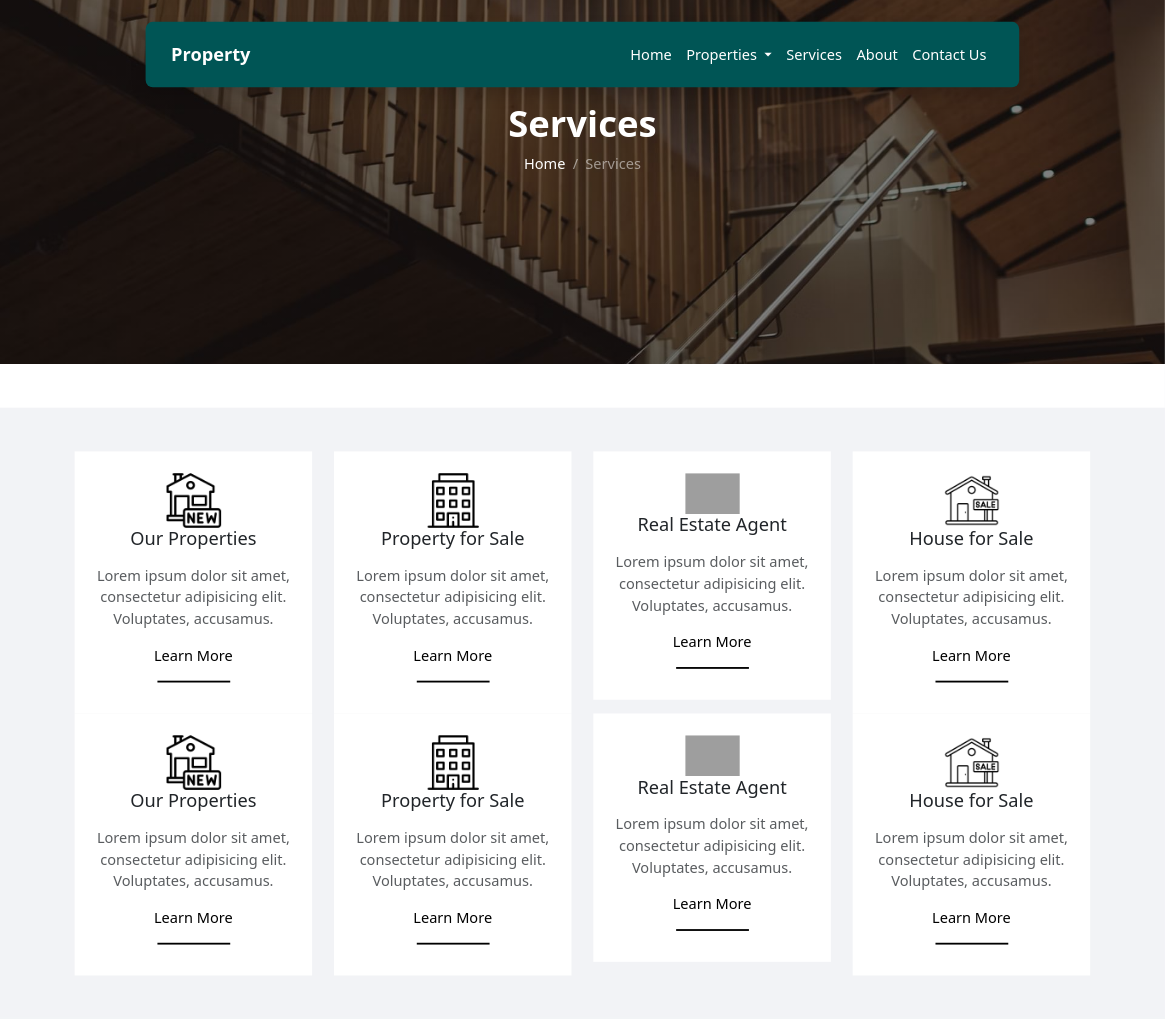
Repository: sameerrrrkhan911-git/Property
Page: service.html
An editor plug-in stored every save of this project. The page is shown before and after a run of saves, followed by the edit.
The browser window is 1280 px wide. The pictures show the whole page, at 91% of full size.
Pictures or frames that could not be fetched are drawn as grey boxes. Some web libraries are served in a nearby version.

Above is the page before, as saved 2025-09-28 16:24:16.

### service.html
<!doctype html>
<html lang="en">

<head>
    <meta charset="utf-8">
    <meta name="viewport" content="width=device-width, initial-scale=1">
    <title>Property</title>

    <!--====== LINKS ========-->
    <link href="https://cdn.jsdelivr.net/npm/bootstrap@5.3.8/dist/css/bootstrap.min.css" rel="stylesheet">
    <link
        href="https://fonts.googleapis.com/css2?family=Montserrat:wght@400;600&family=Open+Sans:wght@400;600&display=swap"
        rel="stylesheet">
    <link href="https://unpkg.com/aos@2.3.1/dist/aos.css" rel="stylesheet">
    <link href="https://cdn.jsdelivr.net/npm/remixicon@4.5.0/fonts/remixicon.css" rel="stylesheet">
    <link href="https://cdnjs.cloudflare.com/ajax/libs/tiny-slider/2.9.4/tiny-slider.css" rel="stylesheet">
    <link rel="stylesheet" href="assets/css/style2.css">
    <link rel="stylesheet" href="assets/css/style.css">

</head>

<body>

    <!--=====HEADER=====-->
    <header>
        <section class="mb-5" id="Right-Step">
        <div class="bg-holder overlay overlay-elixir">
        </div>

        <!-- Navbar -->
        <nav
            class="navbar navbar-expand-lg green-color p-3 mt-4 sticky-top position-absolute top-0 start-50 translate-middle-x w-75 rounded-3 shadow">
            <div class="container-fluid">
                <!-- Brand -->
                <a class="navbar-brand text-white fw-bold" href="#">Property</a>

                <!-- Toggler for Mobile -->
                <button class="navbar-toggler bg-light" type="button">
                    <span class="navbar-toggler-icon"></span>
                </button>

                <!-- Navbar Links -->
                <div class="collapse navbar-collapse" id="navbarNavDropdown">
                    <ul class="navbar-nav ms-auto">
                        <li class="nav-item">
                            <a class="nav-link text-white active" aria-current="page" href="#">Home</a>
                        </li>
                        <li class="nav-item dropdown">
                            <a class="nav-link dropdown-toggle text-white" href="#" role="button"
                                data-bs-toggle="dropdown" aria-expanded="false">
                                Properties
                            </a>
                            <ul class="dropdown-menu">
                                <li><a class="dropdown-item" href="#">Action</a></li>
                                <li><a class="dropdown-item" href="#">Another action</a></li>
                                <li><a class="dropdown-item" href="#">Something else here</a></li>
                            </ul>
                        </li>
                        <li class="nav-item"><a class="nav-link text-white" href="service.html">Services</a></li>
                        <li class="nav-item"><a class="nav-link text-white" href="about.html">About</a></li>
                        <li class="nav-item"><a class="nav-link text-white" href="contact.html">Contact Us</a></li>
                    </ul>
                </div>
            </div>
        </nav>

        <!--/.bg-holder-->
        <div class="forbg py-5">
            <div class="container">

                <div class="row justify-content-center align-items-center">
          <div class="col-lg-9 text-center mt-5">
            <h1 class="heading aos-init aos-animate white mt-3 fw-bold" data-aos="fade-up">Services</h1>

            <nav aria-label="breadcrumb" data-aos="fade-up" data-aos-delay="200" class="aos-init aos-animate">
              <ol class="breadcrumb text-center justify-content-center">
                <li class="breadcrumb-item"><a href="index.html" style="color: white;">Home</a></li>
                <li class="ms-2 me-2 text-white-50" aria-current="page">
                  /
                </li>
                <li class="breadcrumb-item active text-white-50" aria-current="page">
                  Services
                </li>
              </ol>
            </nav>
          </div>
        </div>
            </div>
        </div><!-- end of .container-->
    </section>
    </header>

    <!--=====MAIN=====-->
<main>

<!-- Features -->

    <section class="features-1 py-5">
      <div class="container">
        <div class="row g-4">

          <div class="col-6 col-lg-3">
            <div class="white-bg box-feature p-4 text-center">
              <img src="./assets/images/new-house.png" alt="Bed" width="60">
              <h3 class="mb-3 fs-5">Our Properties</h3>
              <p class="text-muted">
                Lorem ipsum dolor sit amet, consectetur adipisicing elit.
                Voluptates, accusamus.
              </p>
              <p><a href="#" class="learn-more text-decoration-none black">Learn More</a></p>
              <div class="black-line"></div>
            </div>
          </div>

          <div class="col-6 col-lg-3">
            <div class="white-bg box-feature p-4 text-center">
              <img src="./assets/images/building (1).png" alt="Bed" width="60">
              <h3 class="mb-3 fs-5">Property for Sale</h3>
              <p class="text-muted">
                Lorem ipsum dolor sit amet, consectetur adipisicing elit.
                Voluptates, accusamus.
              </p>
              <p><a href="#" class="learn-more text-decoration-none black">Learn More</a></p>
              <div class="black-line"></div>
            </div>
          </div>

          <div class="col-6 col-lg-3">
            <div class="white-bg box-feature p-4 text-center">
              <img src="./assets/images/real-estate-agent.png" alt="Bed" width="60">
              <h3 class="mb-3 fs-5">Real Estate Agent</h3>
              <p class="text-muted">
                Lorem ipsum dolor sit amet, consectetur adipisicing elit.
                Voluptates, accusamus.
              </p>
              <p><a href="#" class="learn-more text-decoration-none black">Learn More</a></p>
              <div class="black-line"></div>
            </div>
          </div>

          <div class="col-6 col-lg-3">
            <div class="white-bg box-feature p-4 text-center">
              <img src="./assets/images/house-for-sale.png" alt="Bed" width="60">
              <h3 class="mb-3 fs-5">House for Sale</h3>
              <p class="text-muted">
                Lorem ipsum dolor sit amet, consectetur adipisicing elit.
                Voluptates, accusamus.
              </p>
              <p><a href="#" class="learn-more text-decoration-none black">Learn More</a></p>
              <div class="black-line"></div>
            </div>
          </div>

        </div>
      </div>

      <div class="container">
        <div class="row g-4">

          <div class="col-6 col-lg-3">
            <div class="white-bg box-feature p-4 text-center">
              <img src="./assets/images/new-house.png" alt="Bed" width="60">
              <h3 class="mb-3 fs-5">Our Properties</h3>
              <p class="text-muted">
                Lorem ipsum dolor sit amet, consectetur adipisicing elit.
                Voluptates, accusamus.
              </p>
              <p><a href="#" class="learn-more text-decoration-none black">Learn More</a></p>
              <div class="black-line"></div>
            </div>
          </div>

          <div class="col-6 col-lg-3">
            <div class="white-bg box-feature p-4 text-center">
              <img src="./assets/images/building (1).png" alt="Bed" width="60">
              <h3 class="mb-3 fs-5">Property for Sale</h3>
              <p class="text-muted">
                Lorem ipsum dolor sit amet, consectetur adipisicing elit.
                Voluptates, accusamus.
              </p>
              <p><a href="#" class="learn-more text-decoration-none black">Learn More</a></p>
              <div class="black-line"></div>
            </div>
          </div>

          <div class="col-6 col-lg-3">
            <div class="white-bg box-feature p-4 text-center">
              <img src="./assets/images/real-estate-agent.png" alt="Bed" width="60">
              <h3 class="mb-3 fs-5">Real Estate Agent</h3>
              <p class="text-muted">
                Lorem ipsum dolor sit amet, consectetur adipisicing elit.
                Voluptates, accusamus.
              </p>
              <p><a href="#" class="learn-more text-decoration-none black">Learn More</a></p>
              <div class="black-line"></div>
            </div>
          </div>

          <div class="col-6 col-lg-3">
            <div class="white-bg box-feature p-4 text-center">
              <img src="./assets/images/house-for-sale.png" alt="Bed" width="60">
              <h3 class="mb-3 fs-5">House for Sale</h3>
              <p class="text-muted">
                Lorem ipsum dolor sit amet, consectetur adipisicing elit.
                Voluptates, accusamus.
              </p>
              <p><a href="#" class="learn-more text-decoration-none black">Learn More</a></p>
              <div class="black-line"></div>
            </div>
          </div>

        </div>
      </div>
    </section>

</main>

</body>

</html>

### assets/css/style.css
/* ==============================
   Root Variables
=================================*/
:root {
  --green-color: #005555;
   --heading-color: #2a3855;
}

.green-color {
  background-color: var(--green-color);
}

.green{
  color: var(--green-color);
}

.black{
  color: black;
}

.para{
  text-align: left;
}

.heading-color{
  color: var(--heading-color);
}

.z-9 {
  z-index: 9 !important;
}

.white {
  color: white;
}

.green-line{
   height: 2px;
  width: 120px;
 background-color: var(--green-color);
 margin-bottom: 10px;
}

.black-line{
   height: 2px;
  width: 80px;
 background-color: black;
 margin: 10px auto;
}

.white-bg{
  background-color: white;
}

.fs-6{
  font-size: 5px;
}

.marginn{
  margin-bottom: 30px;
}

.a{
  text-decoration: none;
}


.dark-grey{
  background-color: #cccccc;
}

.text-color{
  color: #909ba6;
}
/* ==============================
Header
=================================*/


/* Hero background */
.hero-header {
  background-image: url("../images/hero_bg_3.jpg") !important;
  background-repeat: no-repeat;
  background-position: center center;
  background-size: cover;
  min-height: 100vh;
  position: relative;
  display: flex;
  align-items: center;
}



/* Overlay */
.hero-header::before {
  content: "";
  position: absolute;
  top: 0;
  left: 0;
  width: 100%;
  height: 100%;
  background: rgba(0, 0, 0, 0.5);
  z-index: 0;
}

/* Keep hero text above overlay */
.hero {
  position: relative;
  z-index: 1;
}

/* White text */
.white {
  color: #fff !important;
}

/* Responsive adjustments */
@media (max-width: 768px) {
  nav.navbar {
    width: 90% !important;
    margin-top: 1rem !important;
    padding: 0.75rem 1rem !important;
  }

  .hero h1 {
    font-size: 1.75rem;
    line-height: 1.3;
  }

  .hero form {
    flex-direction: column !important;
    gap: 0.75rem;
  }

  .hero input {
    width: 100% !important;
  }

  .hero button {
    width: 100% !important;
  }
}

@media (max-width: 576px) {
  .hero h1 {
    font-size: 1.5rem;
  }
}

/* Popular properties */

.property-slider {
  overflow: hidden;
}

.property-item {
  background: #fff;
  border-radius: 8px;
  overflow: hidden;
}

.property-content {
  background: #fff;
  border-radius: 8px;
}

/* Features */

.features-1 {
    padding-top: 30px;
    position: relative;
    z-index: 8;
    text-align: center;
    background-color: rgba(0, 32, 74, 0.05);
}

/* ==========================
   Testimonials Section
========================== */

.sec-testimonials .heading {
  font-size: 2rem;
  font-weight: 700;
}

/* Prev/Next buttons */
#testimonial-nav {
  display: flex;
  gap: 10px;
}

#testimonial-nav span {
  cursor: pointer;
  font-size: 14px;
  color: #002855;
  background: #e9ecef;
  padding: 6px 14px;
  border-radius: 20px;
  transition: all 0.3s ease;
}

#testimonial-nav span:hover {
  background: #002855;
  color: #fff;
}

/* Testimonials layout */
.testimonial-slider {
  display: grid;
  grid-template-columns: repeat(auto-fit, minmax(300px, 1fr));
  gap: 40px;
  margin-top: 30px;
  text-align: center;
}

.testimonial {
  padding: 20px;
}

.testimonial img {
  width: 90px;
  height: 90px;
  object-fit: cover;
  margin-bottom: 15px;
  border: 3px solid #ddd;
}

.testimonial .rate {
  margin: 10px 0;
  font-size: 16px;
  color: #f1c40f;
}

.testimonial h3 {
  margin-bottom: 10px;
  font-size: 1.1rem;
  font-weight: 600;
}

.testimonial blockquote {
  font-style: italic;
  font-size: 0.95rem;
  color: #555;
  margin: 10px 0 15px;
}

.greyy{
  background-color: #efefef;
}

.testimonial p.text-muted {
  font-size: 0.85rem;
  color: #888;
}

.img-fluid {
   max-width: 100%;
    height: auto;
}

/* Call To Action */
.footer-cta {
  background: white ;
  padding: 50px;
}

.footer-cta .btn-primary {
  border-radius: 30px;
  font-size: 1.1rem;
  transition: all 0.3s ease;
}

.footer-cta .btn-primary:hover {
  background: #003f3f;
  transform: translateY(-3px);
  box-shadow: 0 6px 15px rgba(0,0,0,0.2);
}

/* Our Agents */
.section_1{
  background-color: #f8f9fa;
}

/* Agent Card */
.person {
  background: #fff;
  border-radius: 12px;
  padding: 60px 20px 30px;
  text-align: center;
  position: relative;
  box-shadow: 0 4px 20px rgba(0,0,0,0.05);
  transition: all 0.3s ease;
}

.person:hover {
  transform: translateY(-8px);
  box-shadow: 0 12px 30px rgba(0,0,0,0.1);
}

/* Profile Image */
.person img {
  width: 100px;
  height: 100px;
  object-fit: cover;
  border-radius: 50%;
  position: absolute;
  top: -50px;
  left: 50%;
  transform: translateX(-50%);
}

/* Text styling */
.person-contents h2 {
  margin-top: 60px;
  font-size: 1.2rem;
  font-weight: 600;
}

.person-contents .meta {
  font-size: 0.9rem;
  color: #6c757d;
  margin-bottom: 15px;
}

.person-contents p {
  font-size: 0.95rem;
  color: #555;
  margin-bottom: 20px;
}

/* Social icons */
.social a {
  display: inline-flex;
  justify-content: center;
  align-items: center;
  width: 40px;
  height: 40px;
  margin: 0 5px;
  border-radius: 50%;
  background: #002855;
  color: #fff;
  transition: all 0.3s ease;
  text-decoration: none;
}

.social a:hover {
  background: #005555;
}

h2 a {
  color: #000;
  text-decoration: none;
}

.roundd{

  border-radius: 50%;
  text-decoration: none;
  padding: 5px;
}

.font-color{
 color: #163060;
}

.forbg {
    height: 400px;
    background: linear-gradient(to bottom, rgba(0, 0, 0, 0.5), rgba(0, 0, 0, 0.5)), url(../images/hero_bg_1.jpg);
    background-size: cover;
    background-position: center;
}

a{
  text-decoration: none;
}

Loaded but not shown: assets/css/style2.css (library)

After the next 3 saves:
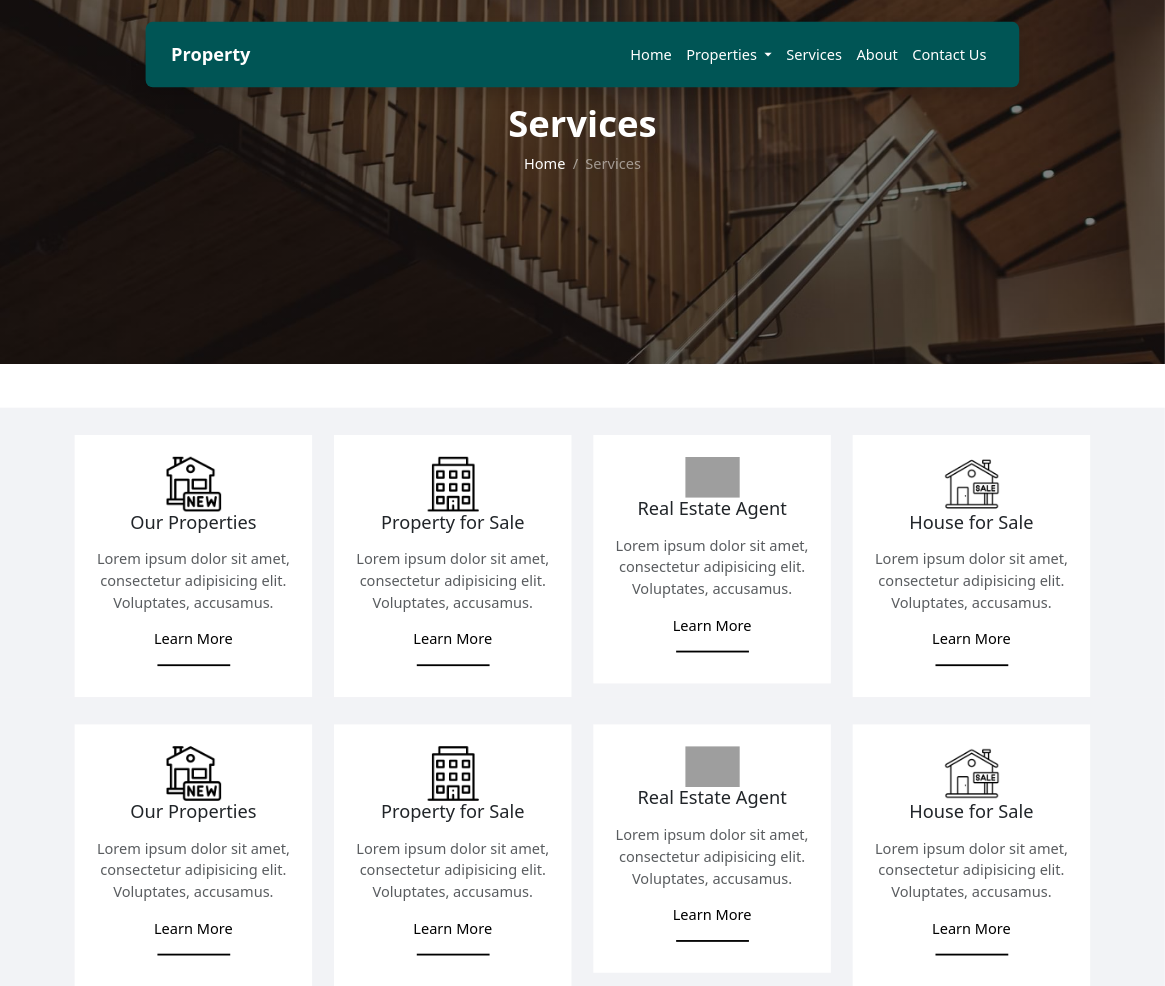
The 3 saves are shown as one change because they came seconds apart.
The last was saved 12 s later.
--- a/service.html
+++ b/service.html
@@ -95,7 +95,7 @@
 
 <!-- Features -->
 
-    <section class="features-1 py-5">
+    <section class="features-1">
       <div class="container">
         <div class="row g-4">
 
@@ -153,7 +153,11 @@
 
         </div>
       </div>
-
+    </section>
+
+
+
+    <section class="features-1">
       <div class="container">
         <div class="row g-4">
 
